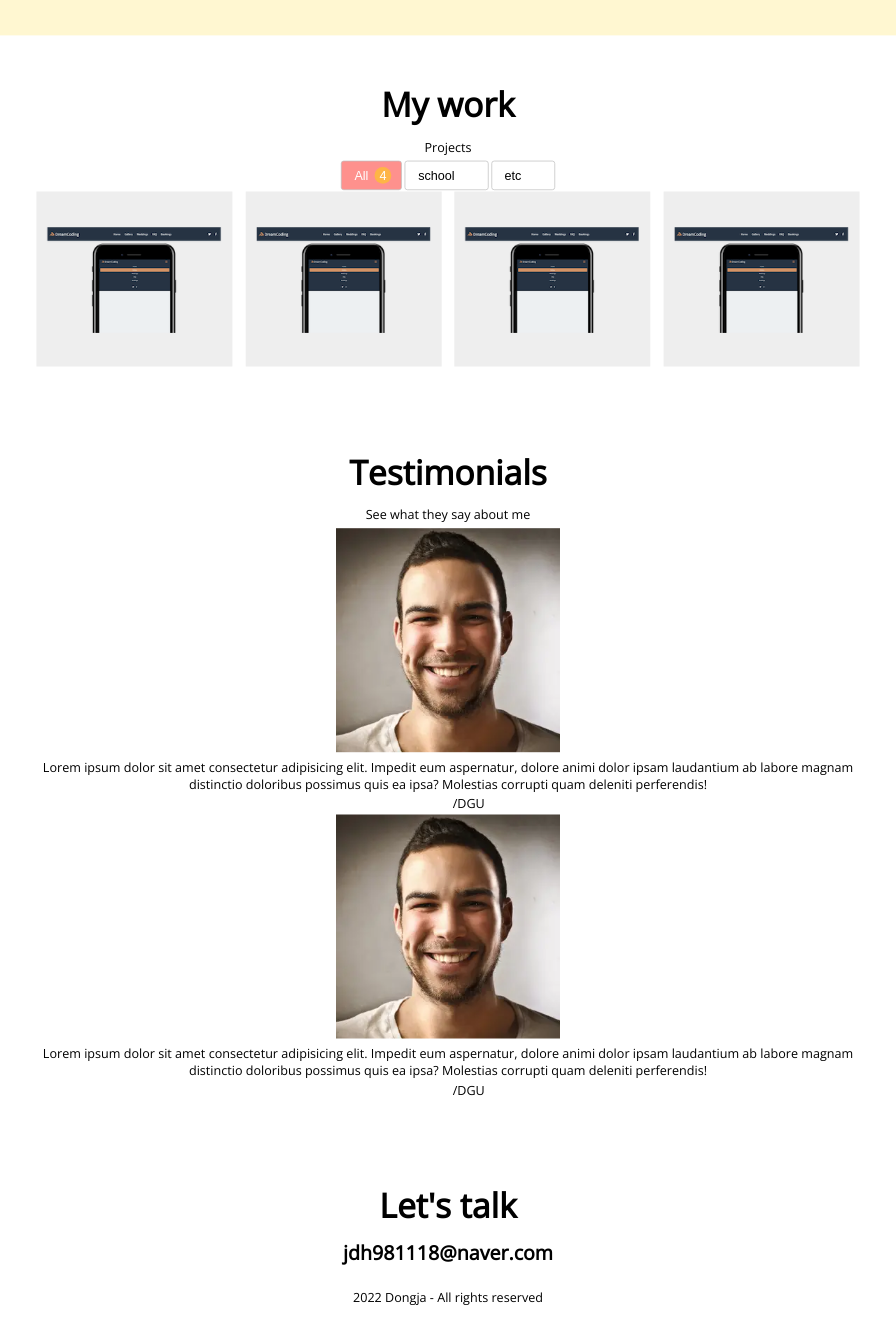
Repository: DongjaJ/portfolio
Page: index.html
The author's editor kept a copy of each file at every save. The page is drawn from the files as they stood at one save, then again after the next save.
The browser window is 1280 px wide. The pictures show the part of the page from y = 2191 to 4111 px (the page is 4111 px tall), at 70% of full size.
Some web libraries are served in a nearby version.

Above is the page before, as saved 2022-05-23 16:32:04.

After the next save:
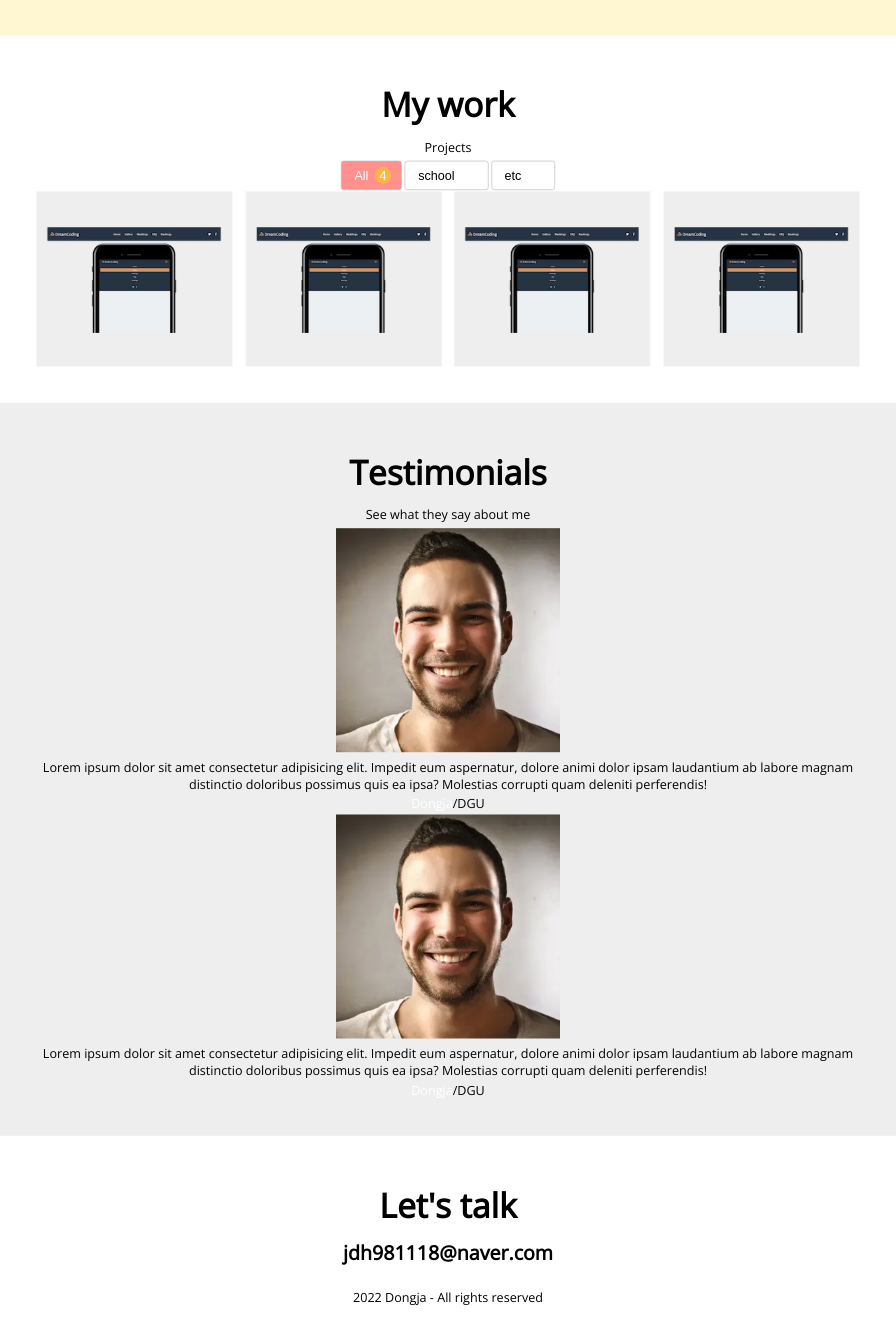
Saved 23 days later.
--- a/style.css
+++ b/style.css
@@ -371,3 +371,8 @@
 	margin-top: 8px;
 	background-color: var(--color-dark-white);
 }
+
+/* Testimonial */
+#testimonials{
+	background-color: var(--color-light-white);
+}
